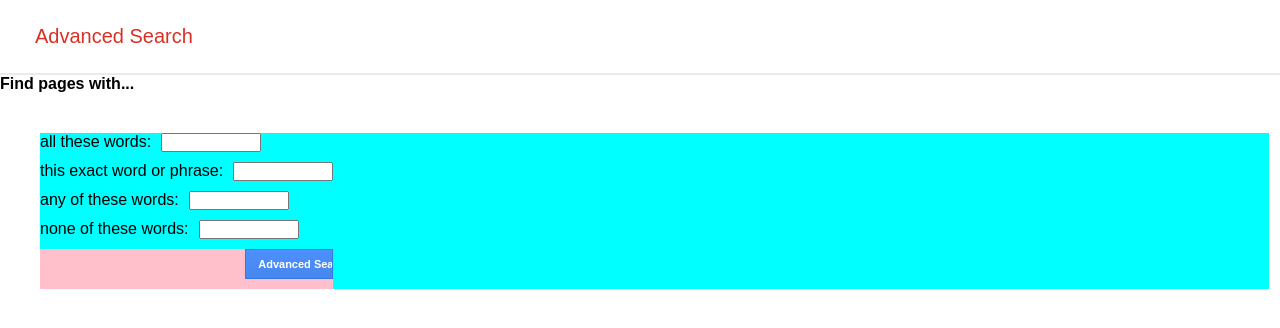
Repository: etentuk/search
Page: advanced_search.html
The author's editor kept a copy of each file at every save. The page is drawn from the files as they stood at one save, then again after the next save.
The browser window is 1280 px wide. The pictures show the whole page.

Above is the page before, as saved 2021-11-05 00:43:52.

### advanced_search.html
<!DOCTYPE html>
<html lang="en">

<head>
    <title>Advanced Search</title>
    <link rel="stylesheet" href="styles.css">
</head>

<body>
    <div id="title">
        Advanced Search
    </div>
    <hr class="solid" style="border:1px solid #ebebeb;">
    <h4>Find pages with...</h4>
    <div id="form">
        <form action="https://google.com/search" style="display: table-row;">
            <div style="display: table-row;">
                <div class="form-input">
                    <label for="as_q">all these words: </label>
                    <input type="text" id="as_q" name="as_q">
                </div>
                <div class="form-input">
                    <label for="as_epq">this exact word or phrase: </label>
                    <input type="text" id="as_epq" name="as_epq">
                </div>
                <div class="form-input">
                    <label for="as_oq">any of these words: </label>
                    <input type="text" id="as_oq" name="as_oq">
                </div>
                <div class="form-input">
                    <label for="as_eq">none of these words: </label>
                    <input type="text" id="as_eq" name="as_eq">
                </div>
                <div id="submit">
                    <input type="submit" value="Advanced Search">
                </div>
        </form>
    </div>
</body>

</html>

### styles.css
* {
  margin: 0;
  padding: 0;
  box-sizing: border-box;
  font-family: Arial, sans-serif;
}

#title {
  color: #d93025;
  font-size: 20px;
  margin: 25px 35px;
}

#form {
  /* max-width: 1140px; */
  /* min-width: 100%; */
  background-color: aqua;
  width: 96%;
  margin: 40px;
}

.form-input {
  display: flex;
  flex-direction: row;
}

.form-input label {
  padding-right: 10px;
  float: left;
}

.form-input input {
  float: right;
  width: 100px;
}

label,
input {
  /* float: right; */
  display: table-cell;
  margin-bottom: 10px;
}

#submit {
  text-align: right;
  background-color: pink;
  width: 100%;
}

#submit input {
  border: 1px solid #3079ed;
  box-shadow: none;
  font-size: 11px;
  font-weight: bold;
  color: #fff;
  padding: 8px 12px;
  width: 30%;
  background-color: #4d90fe;
  background-image: -webkit-linear-gradient(top, #4d90fe, #4787ed);
}

After the next save:
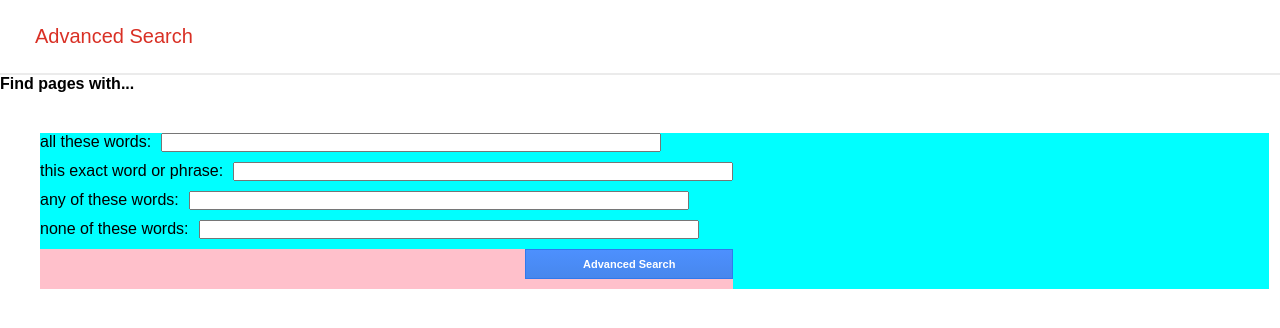
Saved 6 s later.
--- a/styles.css
+++ b/styles.css
@@ -31,7 +31,7 @@
 
 .form-input input {
   float: right;
-  width: 100px;
+  width: 500px;
 }
 
 label,
